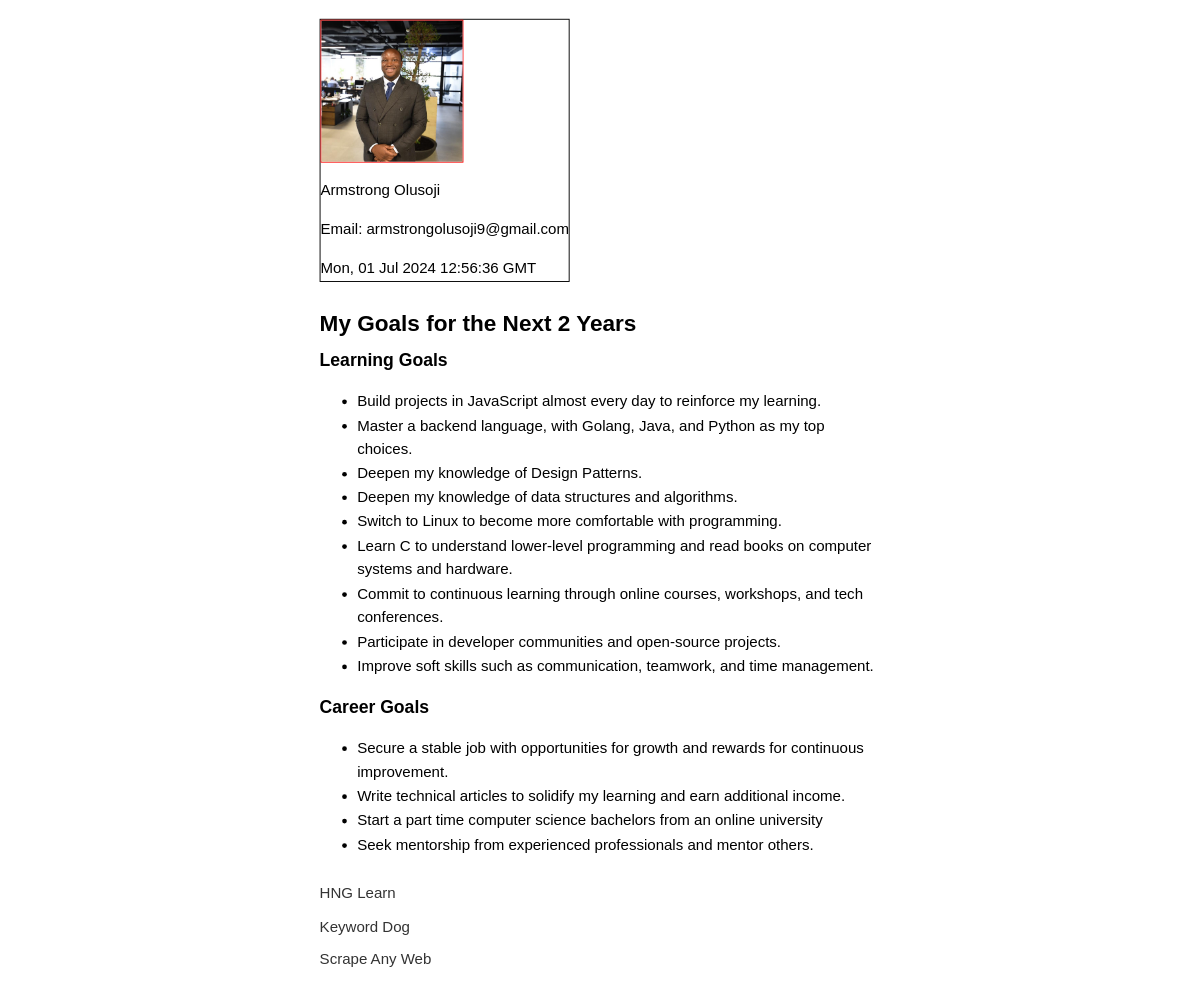
Repository: Armstrong2035/hng-project-one
Page: index.html
An editor plug-in stored every save of this project. The page is shown before and after a run of saves, followed by the edit.
The browser window is 1280 px wide. The pictures show the whole page, at 94% of full size.

Above is the page before, as saved 2024-07-01 16:32:05.

After the next 2 saves:
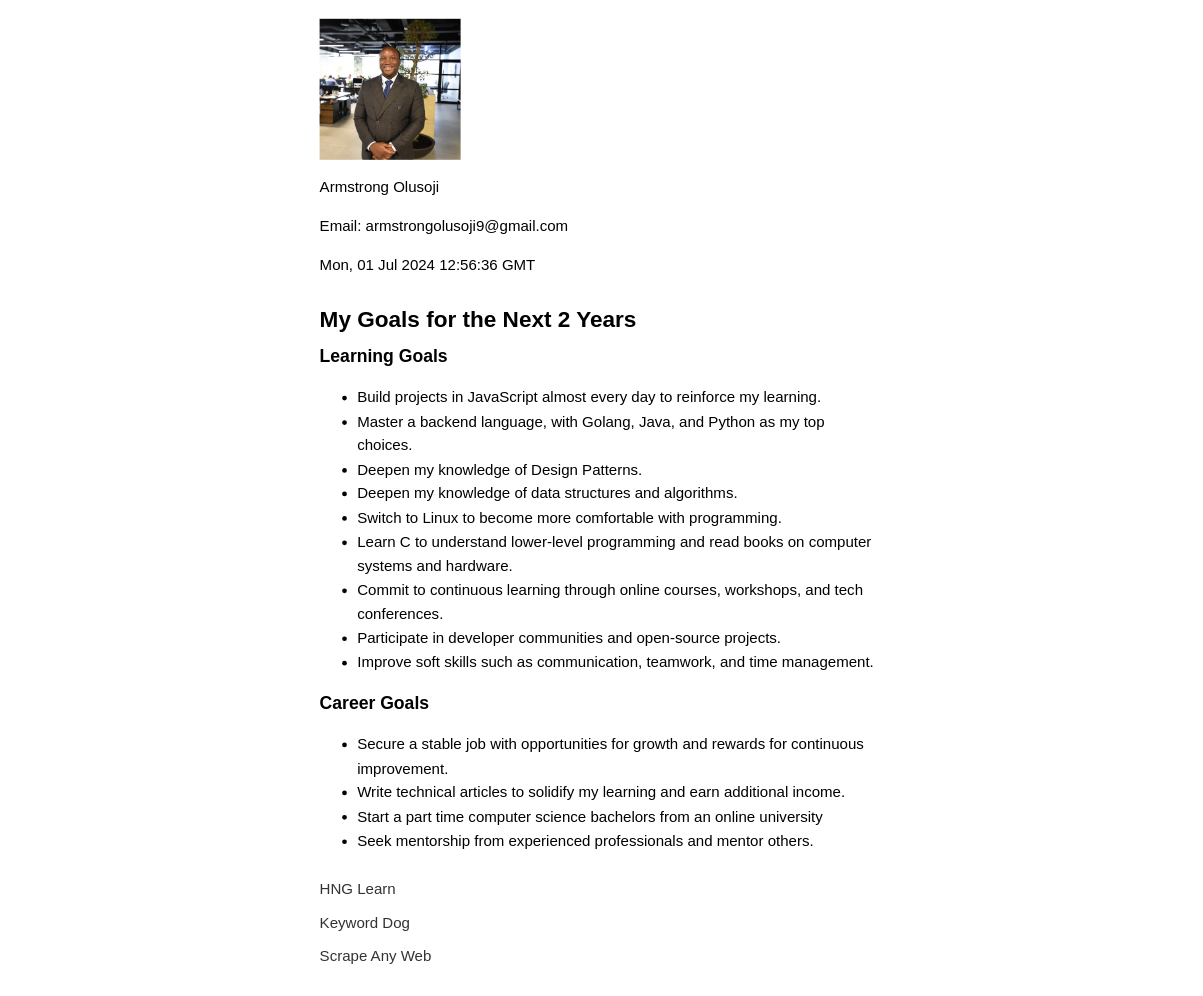
The 2 saves are shown as one change because they came seconds apart.
The last was saved 19 s later.
--- a/style.css
+++ b/style.css
@@ -19,14 +19,12 @@ body {
   display: flex;
   flex-direction: column;
   align-items: flex-start;
-  border: 1px solid black;
 }
 
 .profile-picture {
   height: 150px;
   width: 150px;
 
-  border: 1px solid red;
   align-self: flex-start;
 }
 
